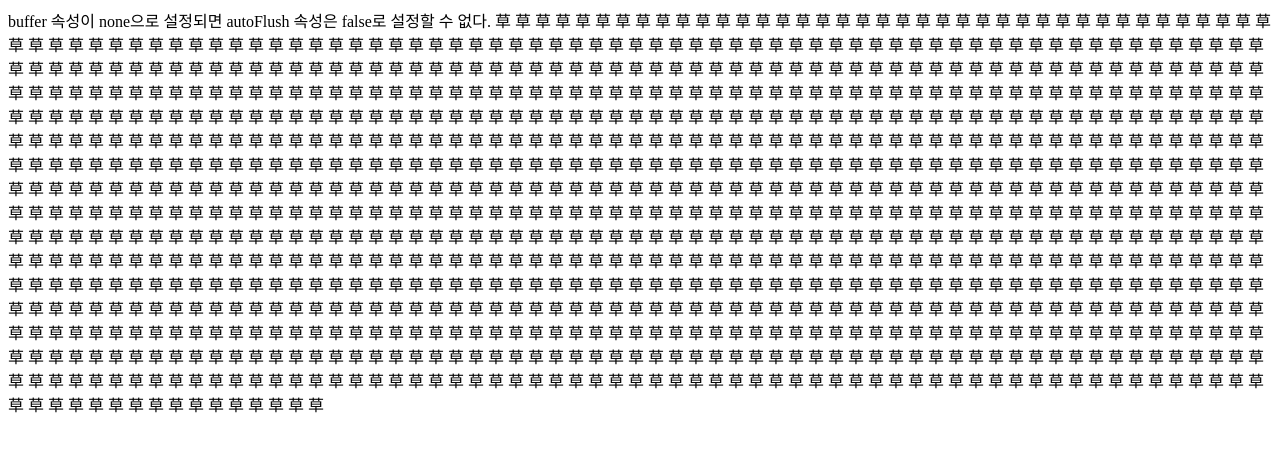
Repository: sgnq008-tech/JSP
Page: http://localhost/WebProject/directive/bufferEx.jsp
These files come from the project's save history. The page is drawn as it stood at one moment and after the next save; the edit follows.
The browser window is 1280 px wide. The pictures show the whole page.
The page is served by Tomcat 9. Other server files are loaded and not shown.

Above is the page before, as saved 2026-09-10 03:42:18.

### jsp_workspace/WebProject/src/main/webapp/directive/bufferEx.jsp
<%@ page language="java" contentType="text/html; charset=UTF-8"
    pageEncoding="UTF-8" %>
<%--<%@ page buffer = "1kb" autoFlush="true" %>--%>
buffer 속성이 none으로 설정되면 autoFlush 속성은 false로 설정할 수 없다.
	<%@ page buffer ="none" autoFlush="true" %>
<!DOCTYPE html>
<html>
<head>
<meta charset="UTF-8">
<title></title>
</head>
<body>
<% for(int i = 0; i <1000; i++){ %>
草
<%} %>

</body>
</html>

After the next save:
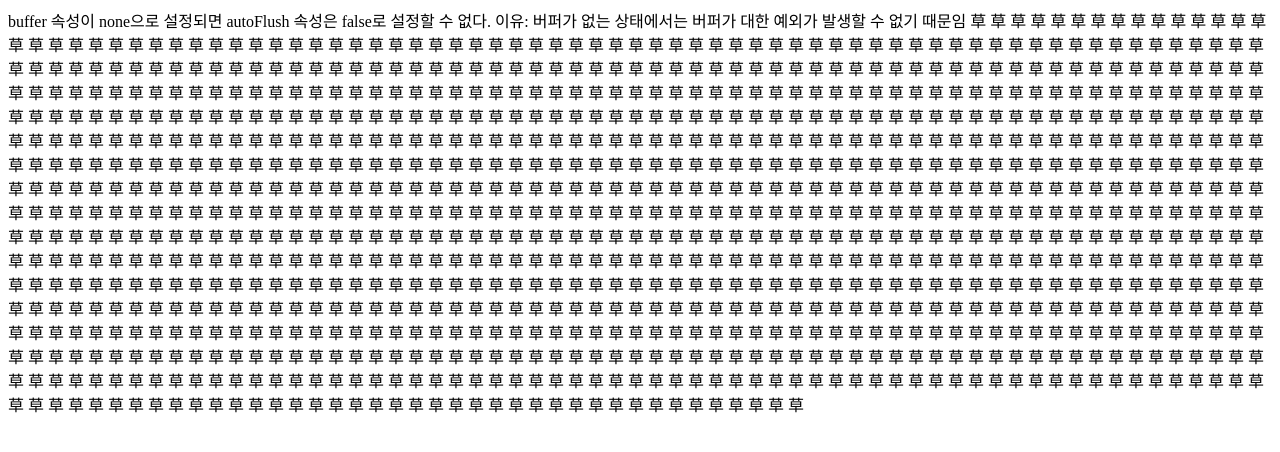
Saved 4 s later.
--- a/jsp_workspace/WebProject/src/main/webapp/directive/bufferEx.jsp
+++ b/jsp_workspace/WebProject/src/main/webapp/directive/bufferEx.jsp
@@ -1,8 +1,10 @@
 <%@ page language="java" contentType="text/html; charset=UTF-8"
     pageEncoding="UTF-8" %>
 <%--<%@ page buffer = "1kb" autoFlush="true" %>--%>
-buffer 속성이 none으로 설정되면 autoFlush 속성은 false로 설정할 수 없다.
+
 	<%@ page buffer ="none" autoFlush="true" %>
+	buffer 속성이 none으로 설정되면 autoFlush 속성은 false로 설정할 수 없다.
+	이유: 버퍼가 없는 상태에서는 버퍼가 대한 예외가 발생할 수 없기 때문임
 <!DOCTYPE html>
 <html>
 <head>
